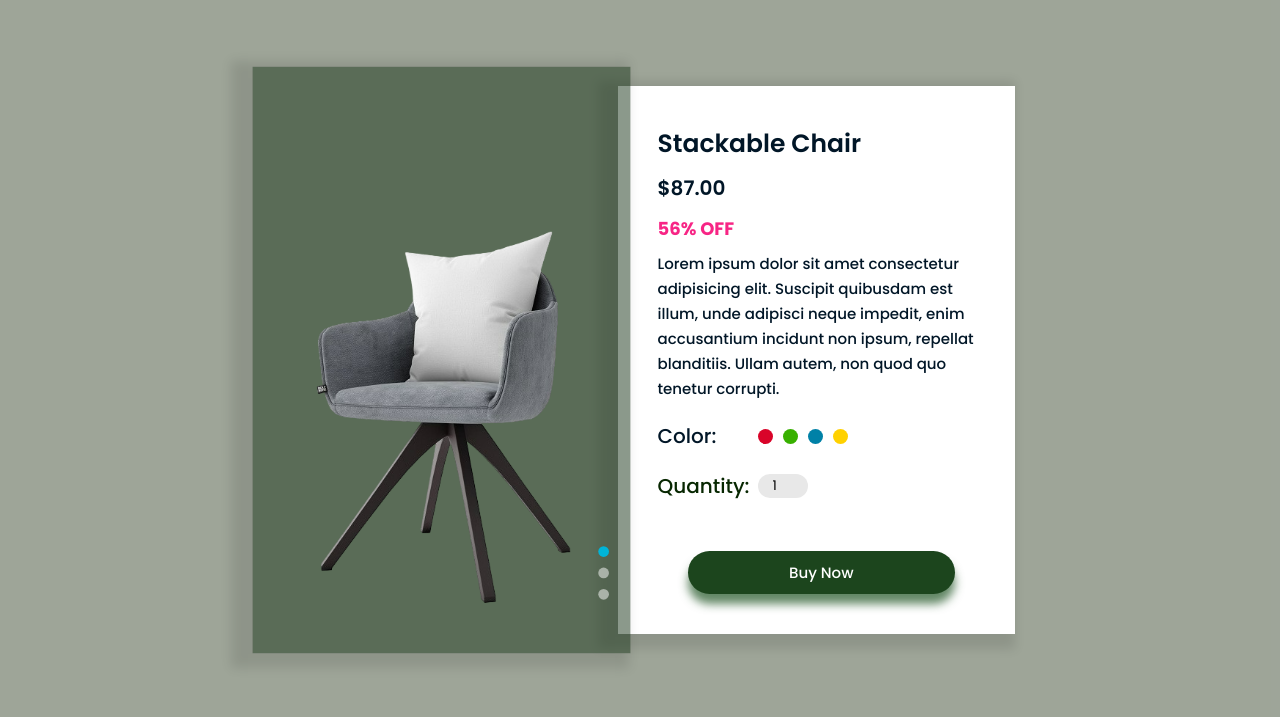
Repository: doua184/CasaLux
Page: single.html
These files come from the project's save history. The page is drawn as it stood at one moment and after the next save; the edit follows.
The browser window is 1280 px wide. The pictures show the whole page.

Above is the page before, as saved 2025-04-05 19:42:20.

### single.html
<!DOCTYPE html>
<html lang="en">
<head>
    <meta charset="UTF-8">
    <meta http-equiv="X-UA-Compatible" content="IE=edge">
    <meta name="viewport" content="width=device-width, initial-scale=1.0">
    <title>Single Product Page Design</title>
    <link rel="stylesheet" href="single.css">
</head>
<body>
    <section class="main-wrap">
        <div class="product">
            <div class="image-gallery">
                <img src="product-1.png" id="productImg" alt="">
                <div class="controls">
                    <span class="btn active"></span>
                    <span class="btn"></span>
                    <span class="btn"></span>
                </div>
            </div>
            <div class="product-details">
                <div class="details">
                    <h2>Stackable Chair</h2>
                    <h3>$87.00</h3>
                    <h4>56% OFF</h4>
                    <p>Lorem ipsum dolor sit amet consectetur adipisicing elit. Suscipit quibusdam est illum, unde adipisci neque impedit, enim accusantium incidunt non ipsum, repellat blanditiis. Ullam autem, non quod quo tenetur corrupti.</p>
                </div>

                <div class="colors">
                    <form class="form">
                        <div class="select-color">
                            <h3>Color:</h3>
                            <label for="red">
                                <input type="radio" name="color" id="red">
                                <span class="color-1"></span>
                            </label>
                            <label for="green">
                                <input type="radio" name="color" id="green">
                                <span class="color-2"></span>
                            </label>
                            <label for="blue">
                                <input type="radio" name="color" id="blue">
                                <span class="color-3"></span>
                            </label>
                            <label for="yellow">
                                <input type="radio" name="color" id="yellow">
                                <span class="color-4"></span>
                            </label>
                        </div>
                    </form>
                </div>
                <div class="quantity">
                    <div class="select-quantity">
                        <h3>Quantity:</h3>
                        <input type="number" name="quantity" value="1">
                    </div>
                </div>
                <div class="sub-btn">
                    <button class="submit">Buy Now</button>
                </div>
            </div>
        </div>

    </section>
</body>
</html>

### single.css
@import url('https://fonts.googleapis.com/css2?family=Poppins:ital,wght@0,100;0,200;0,300;0,400;0,500;0,600;0,700;0,800;0,900;1,100;1,200;1,300;1,400;1,500;1,600;1,700;1,800;1,900&display=swap');
*{
    margin: 0;
    padding: 0;
    box-sizing: border-box;
    font-family: 'Poppins', sans-serif;
}
.main-wrap{
    width: 100%;
    height: 100vh;
    display: flex;
    justify-content: center;
    align-items: center;
    background: #404d3581;
}
.main-wrap .product{
    width: 90%;
    max-width: 750px;
    display: flex;
}
.main-wrap .product .image-gallery{
    flex-basis: 47%;
    background: #18351880;
    box-shadow: -10px 5px 10px 10px rgba(0, 0, 0, 0.1);
    transform: scale(1.07);
    position: relative;
}

.main-wrap .product .image-gallery img{
    width: 100%;
    padding-top: 150px;
}
.main-wrap .product .image-gallery .controls{
    position: absolute;
    bottom: 40px;
    right: 20px;
}
.main-wrap .product .image-gallery .controls .btn{
    width: 10px;
    height: 10px;
    border-radius: 50%;
    background: rgba( 255, 255, 255, 0.5 );
    display: block;
    margin-bottom: 10px;
    cursor: pointer;
}
.main-wrap .product .image-gallery .controls .btn.active{
    background: #00b4d8;
}
.main-wrap .product .product-details{
    flex-basis: 53%;
    background: #fff;
    box-shadow: -10px 5px 10px 10px rgba(0, 0, 0, 0.1);
    padding: 40px 30px 40px 40px;
}
.main-wrap .product .product-details .details{
    margin-bottom: 20px;
}
.main-wrap .product .product-details .details h2{
    font-size: 25px;
    font-weight: 600;
    line-height: 35px;
    text-transform: capitalize;
    margin-bottom: 10px;
    color: #011627;
}
.main-wrap .product .product-details .details h3{
    font-size: 20px;
    font-weight: 600;
    line-height: 35px;
    margin-bottom: 10px;
    color: #011627;
}
.main-wrap .product .product-details .details h4{
    font-size: 18px;
    font-weight: 700;
    line-height: 25px;
    text-transform: uppercase;
    color: #f72585;
    margin-bottom: 10px;
}
.main-wrap .product .product-details .details p{
    font-size: 15px;
    font-weight: 500;
    line-height: 25px;
    color: #011627;
}
.main-wrap .product .product-details .sizes{
    margin-bottom: 20px;
}
.main-wrap .product .product-details .sizes .form .select-size{
    display: flex;
    align-items: center;
}
.main-wrap .product .product-details .sizes .form .select-size h3{
    width: 70px;
    margin-right: 30px;
    font-size: 20px;
    font-weight: 500;
    color: #011627;
}
.main-wrap .product .product-details .sizes .form .select-size label{
    display: flex;
    align-items: center;
}
.main-wrap .product .product-details .sizes .form .select-size label input{
    display: none;
}
.main-wrap .product .product-details .sizes .form .select-size label span{
    font-size: 18px;
    font-weight: 400;
    line-height: 25px;
    text-transform: uppercase;
    color: #011627;
    display: inline-block;
    margin-right: 10px;
    cursor: pointer;
}
.main-wrap .product .product-details .sizes .form .select-size label input:checked + span{
    font-weight: 600;
    color: #00b4d8;
}
.main-wrap .product .product-details .colors{
    margin-bottom: 20px;
}
.main-wrap .product .product-details .colors .form .select-color{
    display: flex;
    align-items: center;
}
.main-wrap .product .product-details .colors .form .select-color h3{
    width: 70px;
    margin-right: 30px;
    font-size: 20px;
    font-weight: 500;
    color: #011627;
}
.main-wrap .product .product-details .colors .form .select-color label{
    display: flex;
    align-items: center;
}
.main-wrap .product .product-details .colors .form .select-color input{
    display: none;
}
.main-wrap .product .product-details .colors .form .select-color span{
    display: inline-block;
    width: 15px;
    height: 15px;
    border-radius: 50%;
    margin-right: 10px;
    cursor: pointer;
}
.main-wrap .product .product-details .colors .form .select-color .color-1{
    background: #d90429;
}
.main-wrap .product .product-details .colors .form .select-color .color-2{
    background: #38b000;
}
.main-wrap .product .product-details .colors .form .select-color .color-3{
    background: #0081a7;
}
.main-wrap .product .product-details .colors .form .select-color .color-4{
    background: #ffd100;
}
.main-wrap .product .product-details .colors .form .select-color label input:checked + span{
    transform: scale(.7);
    box-shadow: 0 0 0 4px #fff, 0 0 0 6px #011627;
}
.main-wrap .product .product-details .quantity{
    margin-bottom: 50px;
}
.main-wrap .product .product-details .quantity .select-quantity{
    display: flex;
    align-items: center;
}
.main-wrap .product .product-details .quantity .select-quantity h3{
    width: 70px;
    margin-right: 30px;
    font-size: 20px;
    font-weight: 500;
    color: #072701;
}
.main-wrap .product .product-details .quantity .select-quantity input{
    background: #e8e8e8;
    border: 0;
    outline: 0;
    padding: 2px 2px 2px 15px;
    border-radius: 12px;
    width: 50px;
}
.main-wrap .product .product-details .sub-btn{
    padding: 0 30px;
}
.main-wrap .product .product-details .sub-btn .submit{
    width: 100%;
    padding: 10px;
    border: 0;
    outline: 0;
    background: #1c451d;
    color: #fff;
    font-size: 15px;
    font-weight: 500;
    border-radius: 30px;
    box-shadow: 0 10px 10px rgba(24, 78, 28, 0.678);
    cursor: pointer;
    transition: .4s linear;
    position: relative;
    overflow: hidden;
}
.main-wrap .product .product-details .sub-btn .submit:hover{
    background: #475745;
}
.main-wrap .product .product-details .sub-btn .submit::before{
    content: '';
    position: absolute;
    left: -100%;
    width: 100%;
    height: 100%;
    background: rgba( 255, 255, 255, 0.1 );
    transform: rotate(-45deg);
}
.main-wrap .product .product-details .sub-btn .submit:hover::before{
    animation: light .4s linear forwards;
}
@keyframes light{
    0%{
        left: -100%;
    }
    100%{
        left: 100%;
    }
}

After the next save:
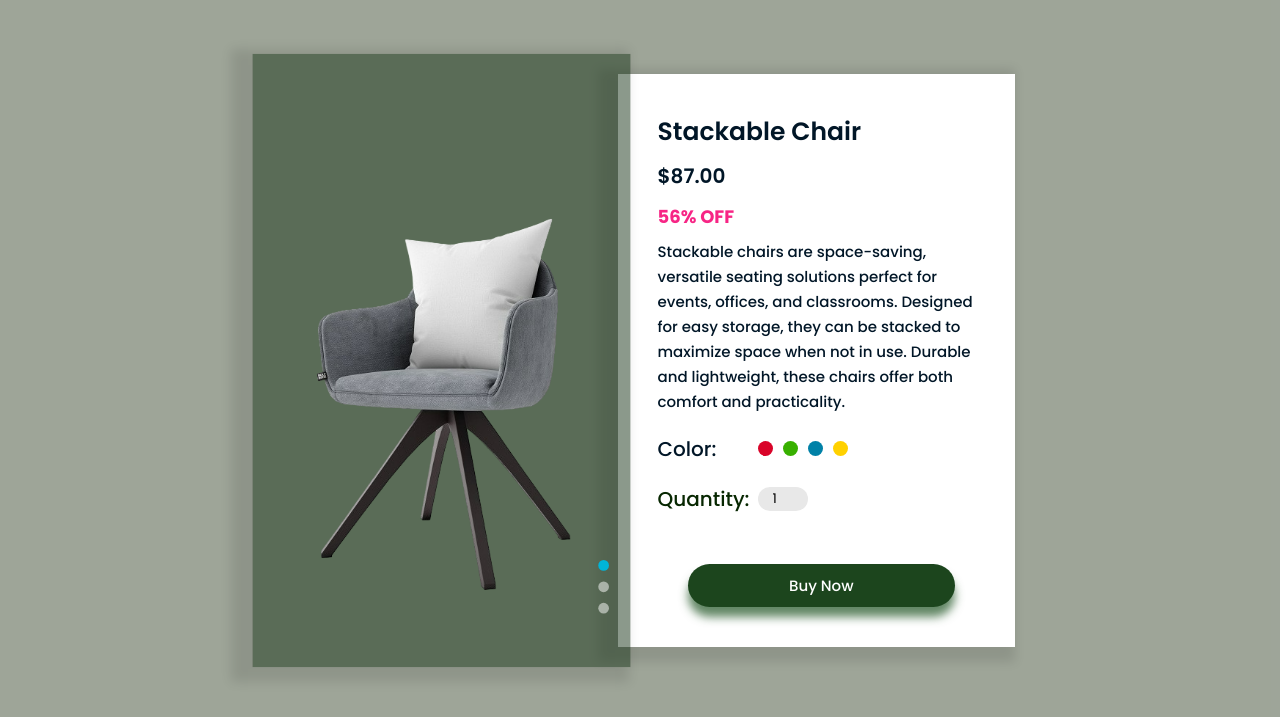
Saved 50 s later.
--- a/single.html
+++ b/single.html
@@ -23,7 +23,7 @@
                     <h2>Stackable Chair</h2>
                     <h3>$87.00</h3>
                     <h4>56% OFF</h4>
-                    <p>Lorem ipsum dolor sit amet consectetur adipisicing elit. Suscipit quibusdam est illum, unde adipisci neque impedit, enim accusantium incidunt non ipsum, repellat blanditiis. Ullam autem, non quod quo tenetur corrupti.</p>
+                    <p>Stackable chairs are space-saving, versatile seating solutions perfect for events, offices, and classrooms. Designed for easy storage, they can be stacked to maximize space when not in use. Durable and lightweight, these chairs offer both comfort and practicality.</p>
                 </div>
 
                 <div class="colors">
